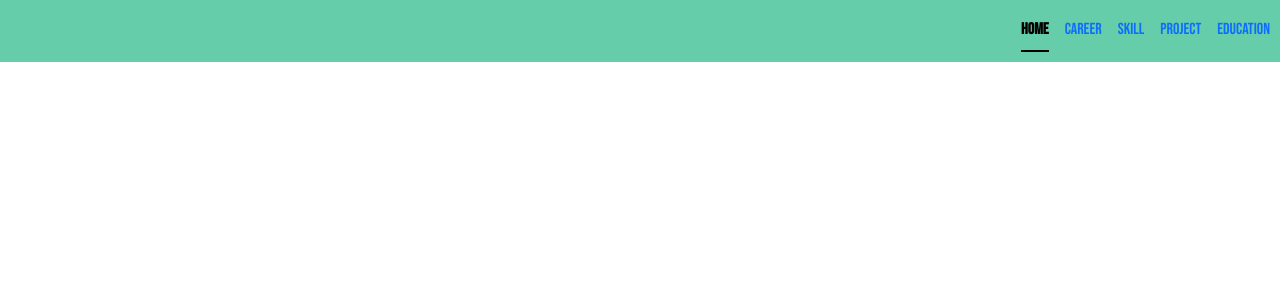
Repository: chaejunho689/bitcamp
Page: PersonalProject/src/main/webapp/index.html
An editor plug-in stored every save of this project. The page is shown before and after the next save, followed by the edit.
The browser window is 1280 px wide. The pictures show the whole page.

Above is the page before, as saved 2024-08-29 08:03:37.

### PersonalProject/src/main/webapp/index.html
<!DOCTYPE html>
<html>
<head>
<meta charset="UTF-8">
<title>Insert title here</title>
<link
	href="https://cdn.jsdelivr.net/npm/bootstrap@5.3.3/dist/css/bootstrap.min.css"
	rel="stylesheet"
	integrity="sha384-QWTKZyjpPEjISv5WaRU9OFeRpok6YctnYmDr5pNlyT2bRjXh0JMhjY6hW+ALEwIH"
	crossorigin="anonymous">
<style type="text/css">
@import url('https://fonts.googleapis.com/css2?family=Bebas+Neue&display=swap');
	.navbar-brand {
		font-size: 2em;
		font-family: 'Bebas Neue';
	}

	#navbar_top {
		background-color: #66CDAA;
		padding: 5px 5px 5px 5px;
	}

	ul > li {
		font-family: 'Bebas Neue';
	}
</style>
</head>
<body>
	<nav class="navbar_top" id="navbar_top">
		<ul class="nav nav-underline justify-content-end" id="navbar_top" >
			<li class="nav-item"><a class="nav-link active"	aria-current="page" href="./index.html">HOME</a></li>
			<li class="nav-item"><a class="nav-link" href="#">CAREER</a></li>
			<li class="nav-item"><a class="nav-link" href="#">SKILL</a></li>
			<li class="nav-item"><a class="nav-link" href="#">PROJECT</a></li>
			<li class="nav-item"><a class="nav-link" href="#">EDUCATION</a></li>
		</ul>
	</nav>

<script
src="https://cdn.jsdelivr.net/npm/bootstrap@5.3.3/dist/js/bootstrap.bundle.min.js"
integrity="sha384-YvpcrYf0tY3lHB60NNkmXc5s9fDVZLESaAA55NDzOxhy9GkcIdslK1eN7N6jIeHz"
crossorigin="anonymous"></script>
<script type="text/javascript"
	src="http://code.jquery.com/jquery-3.7.1.min.js"></script>
<script type="text/javascript">
$(function() {

	$('#menurotateicon').click(function(){

	})
});
</script>
</body>
</html>

After the next save:
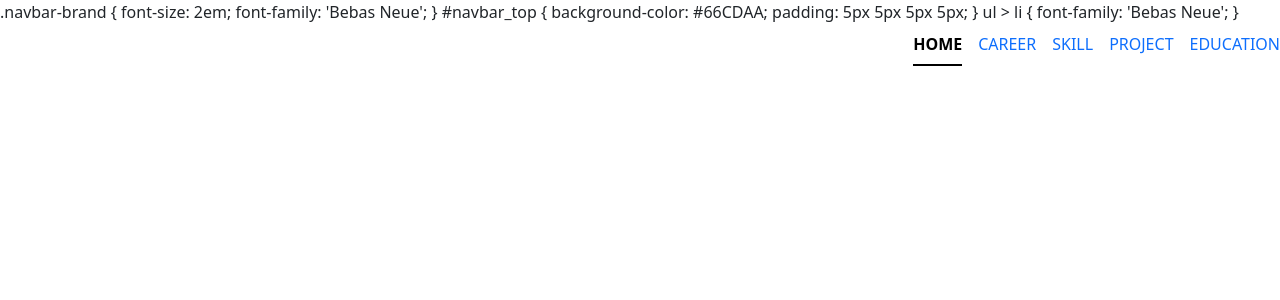
Saved 40 s later.
--- a/PersonalProject/src/main/webapp/index.html
+++ b/PersonalProject/src/main/webapp/index.html
@@ -9,7 +9,9 @@
 	integrity="sha384-QWTKZyjpPEjISv5WaRU9OFeRpok6YctnYmDr5pNlyT2bRjXh0JMhjY6hW+ALEwIH"
 	crossorigin="anonymous">
 <style type="text/css">
-@import url('https://fonts.googleapis.com/css2?family=Bebas+Neue&display=swap');
+<style>
+@import url('https://fonts.googleapis.com/css2?family=Work+Sans:ital,wght@0,100..900;1,100..900&display=swap');
+</style>
 	.navbar-brand {
 		font-size: 2em;
 		font-family: 'Bebas Neue';

After the save that followed:
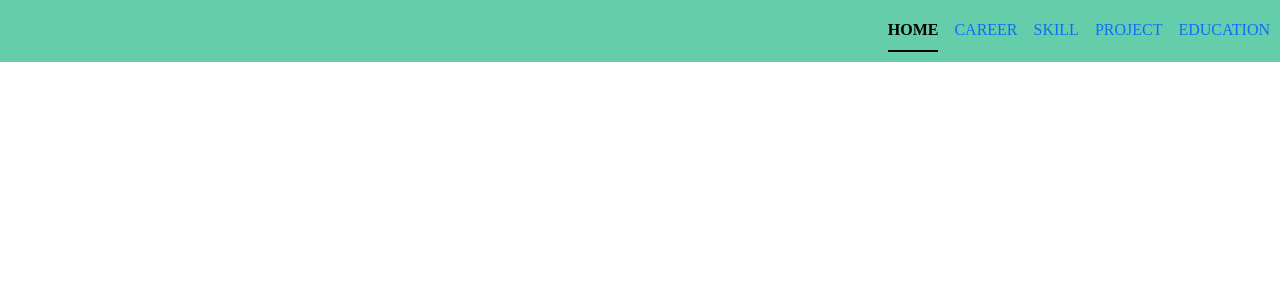
Saved 7 s later.
--- a/PersonalProject/src/main/webapp/index.html
+++ b/PersonalProject/src/main/webapp/index.html
@@ -9,10 +9,7 @@
 	integrity="sha384-QWTKZyjpPEjISv5WaRU9OFeRpok6YctnYmDr5pNlyT2bRjXh0JMhjY6hW+ALEwIH"
 	crossorigin="anonymous">
 <style type="text/css">
-<style>
-@import url('https://fonts.googleapis.com/css2?family=Work+Sans:ital,wght@0,100..900;1,100..900&display=swap');
-</style>
-	.navbar-brand {
+@import url('https://fonts.googleapis.com/css2?family=Work+Sans:ital,wght@0,100..900;1,100..900&display=swap');	.navbar-brand {
 		font-size: 2em;
 		font-family: 'Bebas Neue';
 	}
